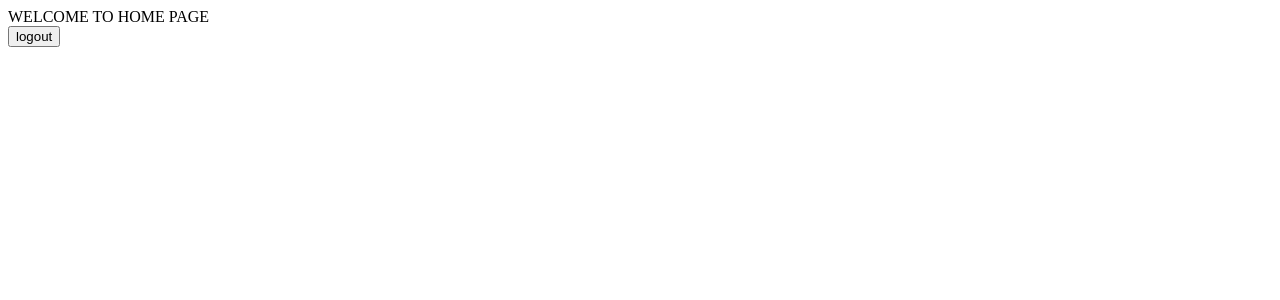
Repository: Tharungandhi/ServeltProject
Page: LginRegistrationApp/WebContent/welcome.html
These files come from the project's save history. The page is drawn as it stood at one moment and after the next save; the edit follows.
The browser window is 1280 px wide. The pictures show the whole page.

Above is the page before, as saved 2019-01-23 05:45:12.

### LginRegistrationApp/WebContent/welcome.html
<!DOCTYPE html>
<html>
<head>
<meta charset="UTF-8">
<title>logout</title>
</head>
<body>
<form action="welcome" method="post">
WELCOME TO HOME PAGE
<div>
<a href=login.html> <input type="submit" value="logout"/>  </a> </div>
</form>
</body>
</html>

After the next save:
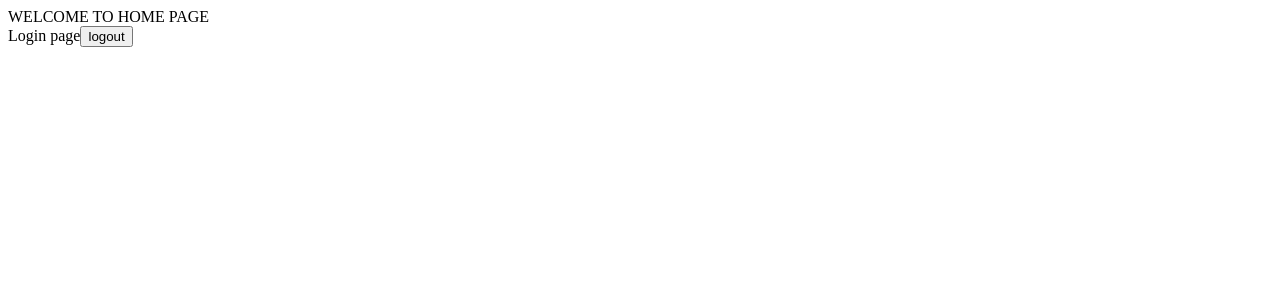
Saved 5 min 16 s later.
--- a/LginRegistrationApp/WebContent/welcome.html
+++ b/LginRegistrationApp/WebContent/welcome.html
@@ -8,7 +8,7 @@
 <form action="welcome" method="post">
 WELCOME TO HOME PAGE
 <div>
-<a href=login.html> <input type="submit" value="logout"/>  </a> </div>
+<nav href=login.html> Login page<input type="submit" value="logout"/>  </nav> </div>
 </form>
 </body>
 </html>
